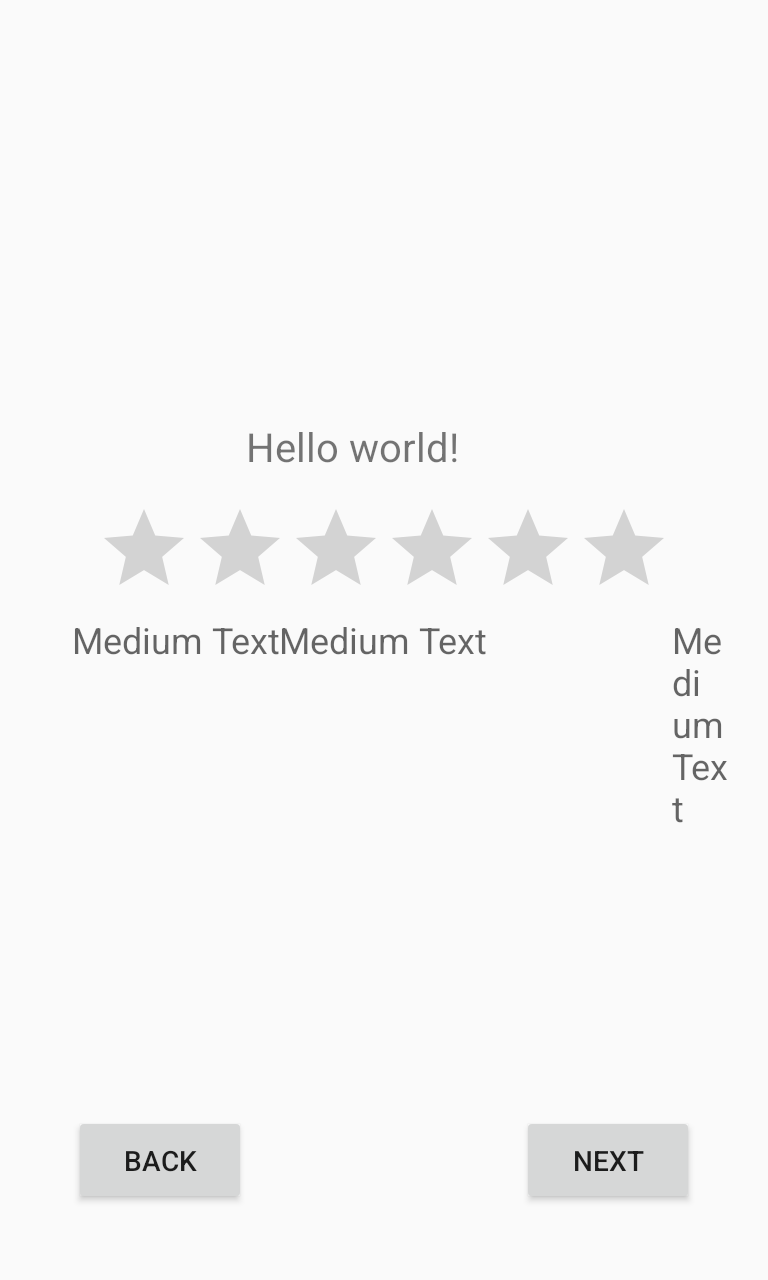
Repository: stevelyall/ERapp
Layout: ERsurvey/res/layout/activity_survey.xml
These files come from the project's save history. The layout is drawn as it stood at one moment and after the next save; the edit follows.
It is drawn on a 768 x 1280 px phone screen (xhdpi) without system bars, with theme AppTheme; the app's code is not run.

Above is the layout before, as saved 2014-10-26 01:45:15.

After the next save:
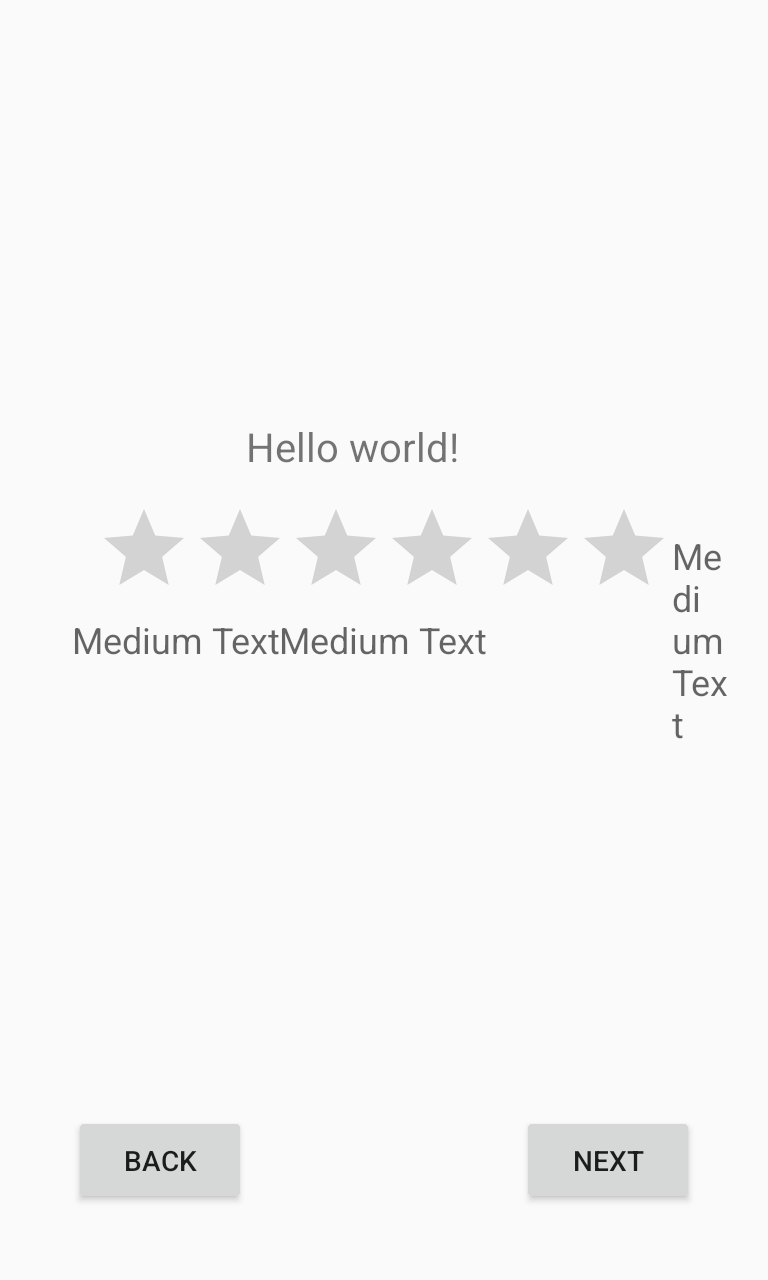
Saved 3 min 1 s later.
--- a/ERsurvey/res/layout/activity_survey.xml
+++ b/ERsurvey/res/layout/activity_survey.xml
@@ -48,15 +48,6 @@
         android:textAppearance="?android:attr/textAppearanceMedium" />
 
     <TextView
-        android:id="@+id/highDesc"
-        android:layout_width="wrap_content"
-        android:layout_height="wrap_content"
-        android:layout_below="@+id/rating"
-        android:layout_toRightOf="@+id/rating"
-        android:text="Medium Text"
-        android:textAppearance="?android:attr/textAppearanceMedium" />
-
-    <TextView
         android:id="@+id/questionTextView"
         android:layout_width="wrap_content"
         android:layout_height="wrap_content"
@@ -77,4 +68,13 @@
         android:text="Medium Text"
         android:textAppearance="?android:attr/textAppearanceMedium" />
 
+    <TextView
+        android:id="@+id/highDesc"
+        android:layout_width="wrap_content"
+        android:layout_height="wrap_content"
+        android:layout_centerVertical="true"
+        android:layout_toRightOf="@+id/rating"
+        android:text="Medium Text"
+        android:textAppearance="?android:attr/textAppearanceMedium" />
+
 </RelativeLayout>
